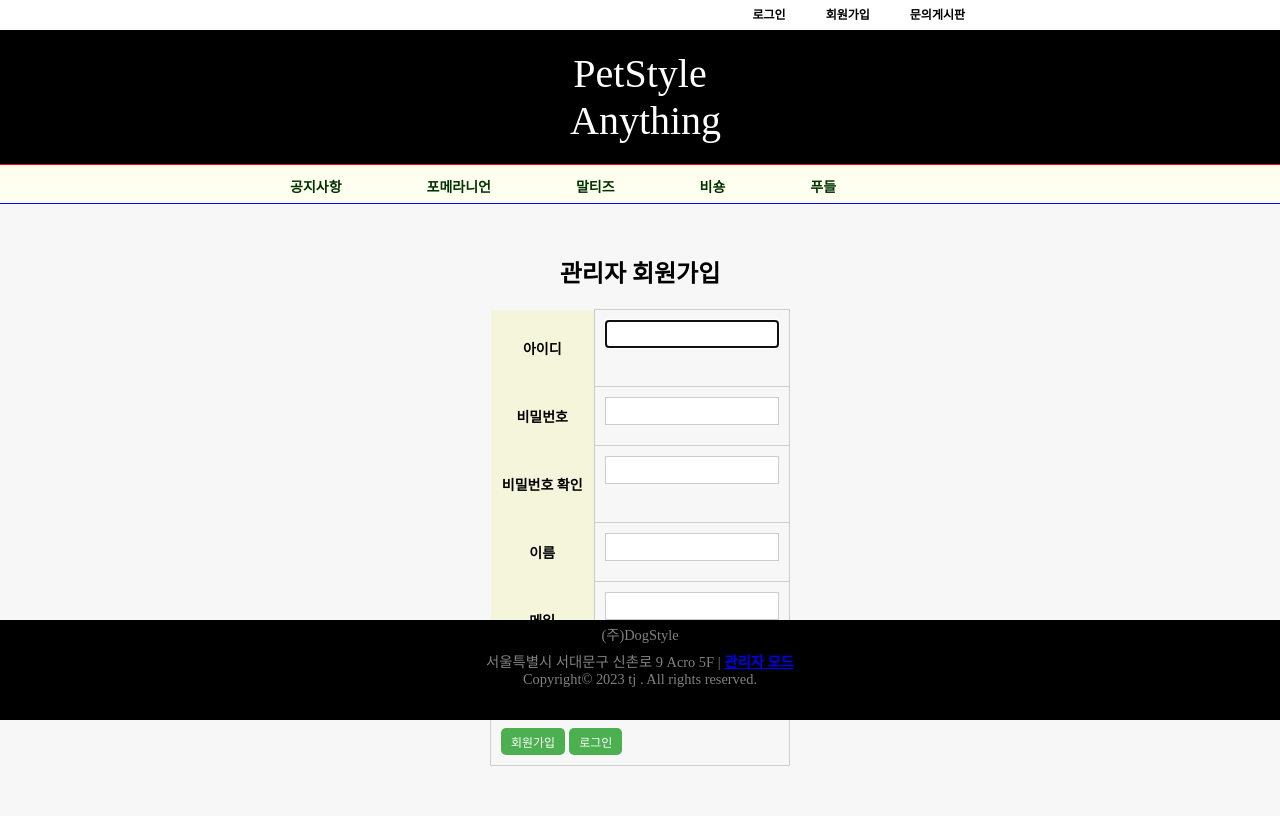
Repository: kdkk2000/Project
Page: http://localhost/petstyle/admin/adminJoin.jsp
An editor plug-in stored every save of this project. The page is shown before and after the next save, followed by the edit.
The browser window is 1280 px wide. The pictures show the whole page.
The page is served by Tomcat 9. The template is opened directly, without the code that normally fills it, so the values that code supplies are empty.

Above is the page before, as saved 2023-03-29 06:31:32.

After the next save:
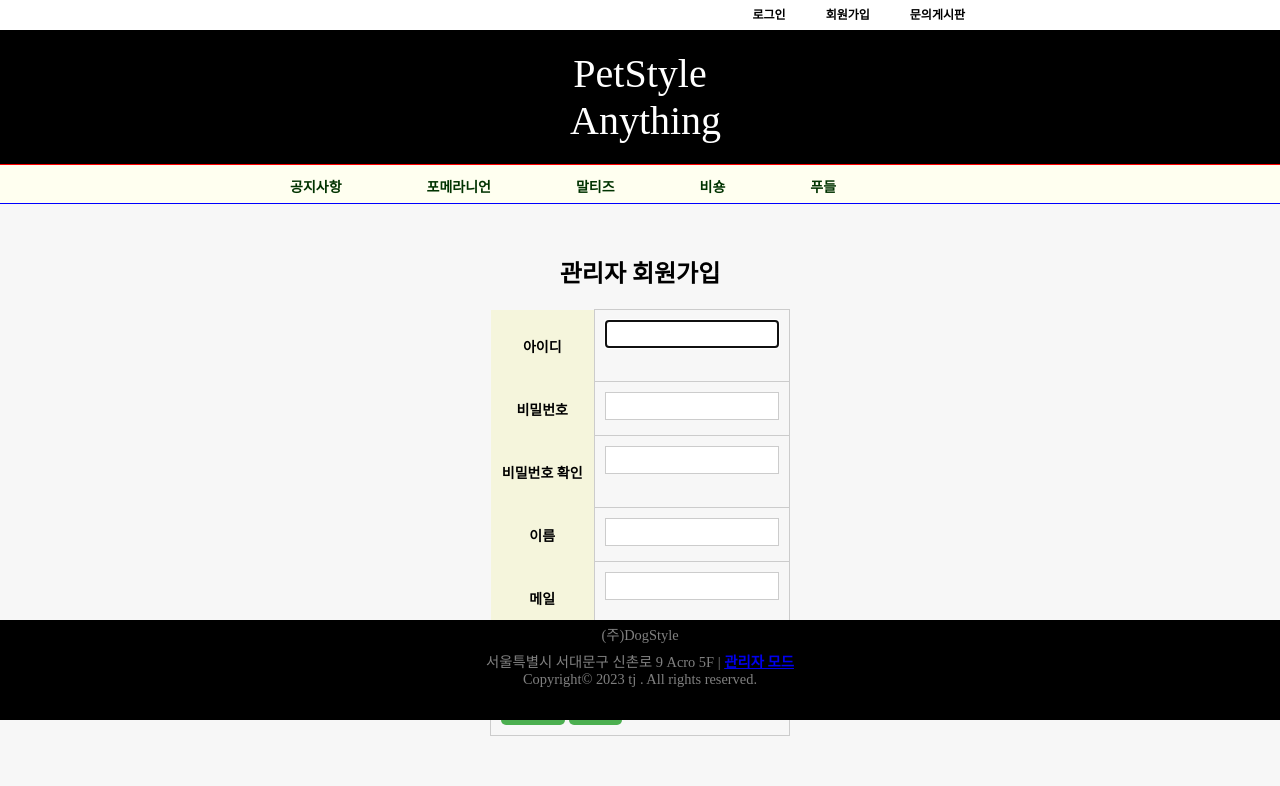
Saved 24 s later.
--- a/petstyle/WebContent/css/join.css
+++ b/petstyle/WebContent/css/join.css
@@ -51,7 +51,7 @@ textarea {
   padding: 6px;
   font-size: 12px;
   width: 100%;
-  margin-bottom: 10px;
+  margin-bottom: 5px;
 }
 
 #userIdConfirmResult,
